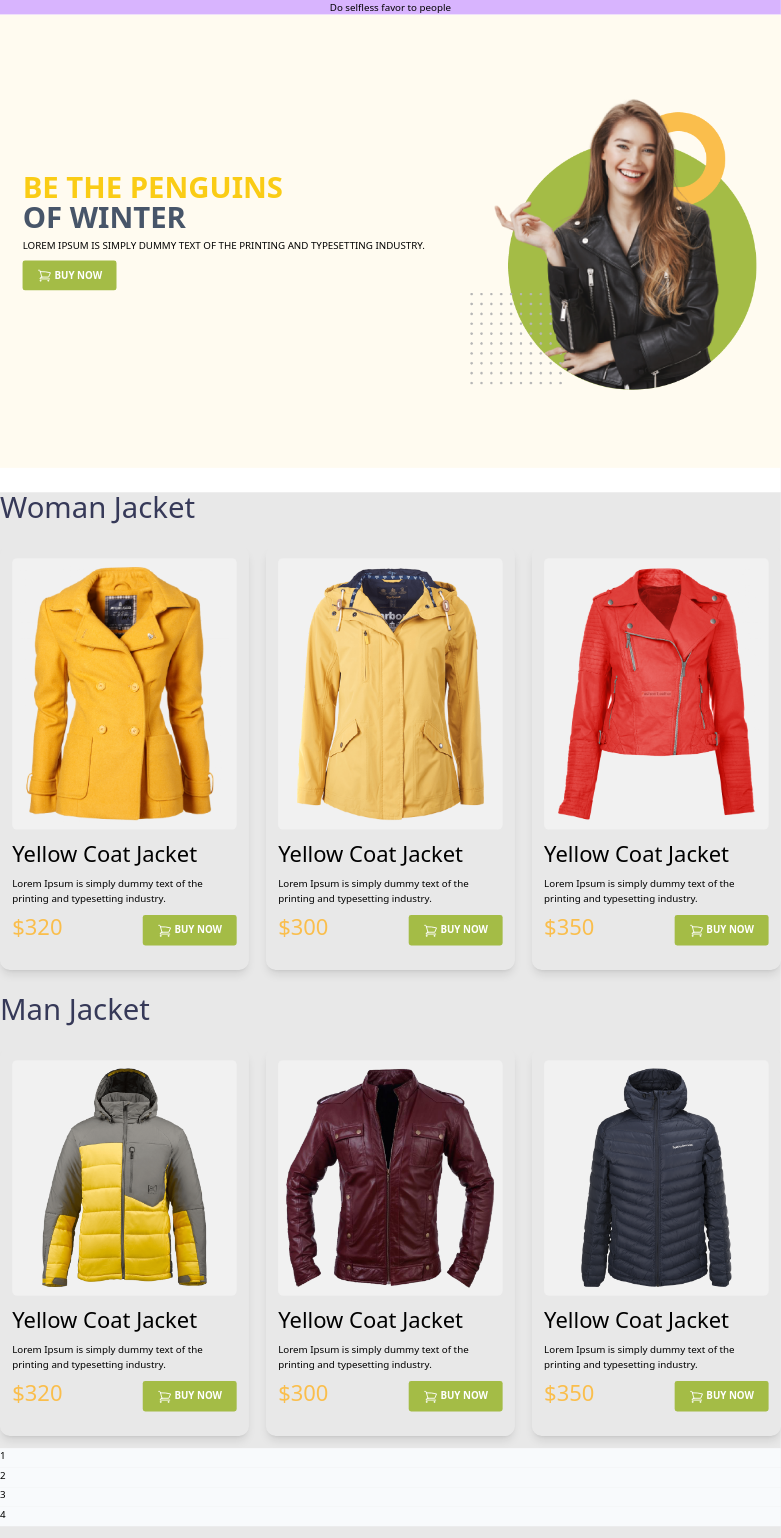
Repository: zjria/penguin-e-commerce-fashion
Page: index.html
These files come from the project's save history. The page is drawn as it stood at one moment and after the next save; the edit follows.
The browser window is 1280 px wide. The pictures show the whole page, at 61% of full size.
Some web libraries are served in a nearby version.

Above is the page before, as saved 2022-10-07 09:26:24.

### index.html
<!DOCTYPE html>
<html lang="en">

<head>
    <meta charset="UTF-8">
    <meta http-equiv="X-UA-Compatible" content="IE=edge">
    <meta name="viewport" content="width=device-width, initial-scale=1.0">
    <title>Penguin E-commerce</title>
    <!-- Google Fonts Link -->
    <link rel="preconnect" href="https://fonts.googleapis.com">
    <link rel="preconnect" href="https://fonts.gstatic.com" crossorigin>
    <link href="https://fonts.googleapis.com/css2?family=Bebas+Neue&family=Roboto:wght@100;300;400;500&display=swap"
        rel="stylesheet">

    <!-- Tailwind CSS CDN link -->
    <script src="https://cdn.tailwindcss.com"></script>
    <script>
        tailwind.config = {
            theme: {
                extend: {
                    colors: {
                        clifford: '#da373d',
                        header_bg: '#FFFBF0',
                        main_text_color: '#363958',
                        price_color: '#FABE4C',
                        card_bg: '#F1F1F1',
                        full_card_bg: '#FFFFFF',
                        main_color: '#E8E8E8'
                    }
                }
            }
        }
    </script>
</head>

<body>
    <h2 class="bg-purple-300 text-center font-header_text">Do selfless favor to people</h2>


    <!-- Header Section -->
    <header class="bg-header_bg pb-32 pt-24">
        <section class="container mx-auto uppercase sm:flex items-center justify-around">
            <div class="space-y-3">
                <h1 class="text-2xl sm:text-5xl font-bold font-header_text">
                    <span class="text-yellow-400">Be the Penguins</span> <br>
                    <span class="text-slate-600">of Winter</span>
                </h1>
                <p class="font-anther_text">Lorem Ipsum is simply dummy text of the printing
                    and typesetting industry.</p>
                <button class="uppercase bg-[#A4BC46] py-3 px-6 text-white font-semibold rounded font-anther_text"> <svg
                        xmlns="http://www.w3.org/2000/svg" fill="none" viewBox="0 0 24 24" stroke-width="1.5"
                        stroke="currentColor" class="w-6 h-6 inline text-white">
                        <path stroke-linecap="round" stroke-linejoin="round"
                            d="M2.25 3h1.386c.51 0 .955.343 1.087.835l.383 1.437M7.5 14.25a3 3 0 00-3 3h15.75m-12.75-3h11.218c1.121-2.3 2.1-4.684 2.924-7.138a60.114 60.114 0 00-16.536-1.84M7.5 14.25L5.106 5.272M6 20.25a.75.75 0 11-1.5 0 .75.75 0 011.5 0zm12.75 0a.75.75 0 11-1.5 0 .75.75 0 011.5 0z" />
                    </svg>
                    Buy Now</button>
            </div>
            <div class="pt-8 sm:pt-8">
                <img class=" w-1/2 sm:w-full" src="images/model.png" alt="">
            </div>
        </section>
    </header>

    <!-- Main Section Start -->
    <main class="bg-main_color">
        <!-- Woman Jacket -->
        <section class="container mx-auto">
            <h2 class="text-5xl my-10 text-main_text_color font-header_text">Woman Jacket</h2>
            <div class="grid md:grid-cols-2 lg:grid-cols-3 gap-7">
                <div class="full_card_bg ">
                    <div class="rounded-2xl shadow-lg p-5">
                        <div class="p-3 bg-card_bg rounded-lg">
                            <img src="images/jacket-1.png" alt="">
                        </div>
                        <div class="py-3">
                            <h3 class="text-4xl py-2">Yellow Coat Jacket</h3>
                            <p class="py-2">Lorem Ipsum is simply dummy text of the
                                printing and typesetting industry.</p>
                            <div class="flex justify-between py-2">
                                <h3 class="text-4xl text-price_color">$320</h3>
                                <button
                                    class="uppercase bg-[#A4BC46] py-3 px-6 text-white font-semibold rounded font-anther_text">
                                    <svg xmlns="http://www.w3.org/2000/svg" fill="none" viewBox="0 0 24 24"
                                        stroke-width="1.5" stroke="currentColor" class="w-6 h-6 inline text-white">
                                        <path stroke-linecap="round" stroke-linejoin="round"
                                            d="M2.25 3h1.386c.51 0 .955.343 1.087.835l.383 1.437M7.5 14.25a3 3 0 00-3 3h15.75m-12.75-3h11.218c1.121-2.3 2.1-4.684 2.924-7.138a60.114 60.114 0 00-16.536-1.84M7.5 14.25L5.106 5.272M6 20.25a.75.75 0 11-1.5 0 .75.75 0 011.5 0zm12.75 0a.75.75 0 11-1.5 0 .75.75 0 011.5 0z" />
                                    </svg>
                                    Buy Now</button>
                            </div>
                        </div>
                    </div>
                </div>
                <div class="full_card_bg ">
                    <div class="rounded-2xl shadow-lg p-5">
                        <div class="p-3 bg-card_bg rounded-lg">
                            <img src="images/jacket-2.png" alt="">
                        </div>
                        <div class="py-3">
                            <h3 class="text-4xl py-2">Yellow Coat Jacket</h3>
                            <p class="py-2">Lorem Ipsum is simply dummy text of the
                                printing and typesetting industry.</p>
                            <div class="flex justify-between py-2">
                                <h3 class="text-4xl text-price_color">$300</h3>
                                <button
                                    class="uppercase bg-[#A4BC46] py-3 px-6 text-white font-semibold rounded font-anther_text">
                                    <svg xmlns="http://www.w3.org/2000/svg" fill="none" viewBox="0 0 24 24"
                                        stroke-width="1.5" stroke="currentColor" class="w-6 h-6 inline text-white">
                                        <path stroke-linecap="round" stroke-linejoin="round"
                                            d="M2.25 3h1.386c.51 0 .955.343 1.087.835l.383 1.437M7.5 14.25a3 3 0 00-3 3h15.75m-12.75-3h11.218c1.121-2.3 2.1-4.684 2.924-7.138a60.114 60.114 0 00-16.536-1.84M7.5 14.25L5.106 5.272M6 20.25a.75.75 0 11-1.5 0 .75.75 0 011.5 0zm12.75 0a.75.75 0 11-1.5 0 .75.75 0 011.5 0z" />
                                    </svg>
                                    Buy Now</button>
                            </div>
                        </div>
                    </div>
                </div>
                <div class="full_card_bg ">
                    <div class="rounded-2xl shadow-lg p-5">
                        <div class="p-3 bg-card_bg rounded-lg">
                            <img src="images/jacket-3.png" alt="">
                        </div>
                        <div class="py-3">
                            <h3 class="text-4xl py-2">Yellow Coat Jacket</h3>
                            <p class="py-2">Lorem Ipsum is simply dummy text of the
                                printing and typesetting industry.</p>
                            <div class="flex justify-between py-2">
                                <h3 class="text-4xl text-price_color">$350</h3>
                                <button
                                    class="uppercase bg-[#A4BC46] py-3 px-6 text-white font-semibold rounded font-anther_text">
                                    <svg xmlns="http://www.w3.org/2000/svg" fill="none" viewBox="0 0 24 24"
                                        stroke-width="1.5" stroke="currentColor" class="w-6 h-6 inline text-white">
                                        <path stroke-linecap="round" stroke-linejoin="round"
                                            d="M2.25 3h1.386c.51 0 .955.343 1.087.835l.383 1.437M7.5 14.25a3 3 0 00-3 3h15.75m-12.75-3h11.218c1.121-2.3 2.1-4.684 2.924-7.138a60.114 60.114 0 00-16.536-1.84M7.5 14.25L5.106 5.272M6 20.25a.75.75 0 11-1.5 0 .75.75 0 011.5 0zm12.75 0a.75.75 0 11-1.5 0 .75.75 0 011.5 0z" />
                                    </svg>
                                    Buy Now</button>
                            </div>
                        </div>
                    </div>
                </div>


            </div>

        </section>

        <!-- Man Jacket -->
        <section class="container mx-auto">
            <h2 class="text-5xl my-10 text-main_text_color font-header_text">Man Jacket</h2>
            <div class="grid md:grid-cols-2 lg:grid-cols-3 gap-7">
                <div class="full_card_bg ">
                    <div class="rounded-2xl shadow-lg p-5">
                        <div class="p-3 bg-card_bg rounded-lg">
                            <img src="images/jacket-4.png" alt="">
                        </div>
                        <div class="py-3">
                            <h3 class="text-4xl py-2">Yellow Coat Jacket</h3>
                            <p class="py-2">Lorem Ipsum is simply dummy text of the
                                printing and typesetting industry.</p>
                            <div class="flex justify-between py-2">
                                <h3 class="text-4xl text-price_color">$320</h3>
                                <button
                                    class="uppercase bg-[#A4BC46] py-3 px-6 text-white font-semibold rounded font-anther_text">
                                    <svg xmlns="http://www.w3.org/2000/svg" fill="none" viewBox="0 0 24 24"
                                        stroke-width="1.5" stroke="currentColor" class="w-6 h-6 inline text-white">
                                        <path stroke-linecap="round" stroke-linejoin="round"
                                            d="M2.25 3h1.386c.51 0 .955.343 1.087.835l.383 1.437M7.5 14.25a3 3 0 00-3 3h15.75m-12.75-3h11.218c1.121-2.3 2.1-4.684 2.924-7.138a60.114 60.114 0 00-16.536-1.84M7.5 14.25L5.106 5.272M6 20.25a.75.75 0 11-1.5 0 .75.75 0 011.5 0zm12.75 0a.75.75 0 11-1.5 0 .75.75 0 011.5 0z" />
                                    </svg>
                                    Buy Now</button>
                            </div>
                        </div>
                    </div>
                </div>
                <div class="full_card_bg ">
                    <div class="rounded-2xl shadow-lg p-5">
                        <div class="p-3 bg-card_bg rounded-lg">
                            <img src="images/jacket-5.png" alt="">
                        </div>
                        <div class="py-3">
                            <h3 class="text-4xl py-2">Yellow Coat Jacket</h3>
                            <p class="py-2">Lorem Ipsum is simply dummy text of the
                                printing and typesetting industry.</p>
                            <div class="flex justify-between py-2">
                                <h3 class="text-4xl text-price_color">$300</h3>
                                <button
                                    class="uppercase bg-[#A4BC46] py-3 px-6 text-white font-semibold rounded font-anther_text">
                                    <svg xmlns="http://www.w3.org/2000/svg" fill="none" viewBox="0 0 24 24"
                                        stroke-width="1.5" stroke="currentColor" class="w-6 h-6 inline text-white">
                                        <path stroke-linecap="round" stroke-linejoin="round"
                                            d="M2.25 3h1.386c.51 0 .955.343 1.087.835l.383 1.437M7.5 14.25a3 3 0 00-3 3h15.75m-12.75-3h11.218c1.121-2.3 2.1-4.684 2.924-7.138a60.114 60.114 0 00-16.536-1.84M7.5 14.25L5.106 5.272M6 20.25a.75.75 0 11-1.5 0 .75.75 0 011.5 0zm12.75 0a.75.75 0 11-1.5 0 .75.75 0 011.5 0z" />
                                    </svg>
                                    Buy Now</button>
                            </div>
                        </div>
                    </div>
                </div>
                <div class="full_card_bg ">
                    <div class="rounded-2xl shadow-lg p-5">
                        <div class="p-3 bg-card_bg rounded-lg">
                            <img src="images/jacket-6.png" alt="">
                        </div>
                        <div class="py-3">
                            <h3 class="text-4xl py-2">Yellow Coat Jacket</h3>
                            <p class="py-2">Lorem Ipsum is simply dummy text of the
                                printing and typesetting industry.</p>
                            <div class="flex justify-between py-2">
                                <h3 class="text-4xl text-price_color">$350</h3>
                                <button
                                    class="uppercase bg-[#A4BC46] py-3 px-6 text-white font-semibold rounded font-anther_text">
                                    <svg xmlns="http://www.w3.org/2000/svg" fill="none" viewBox="0 0 24 24"
                                        stroke-width="1.5" stroke="currentColor" class="w-6 h-6 inline text-white">
                                        <path stroke-linecap="round" stroke-linejoin="round"
                                            d="M2.25 3h1.386c.51 0 .955.343 1.087.835l.383 1.437M7.5 14.25a3 3 0 00-3 3h15.75m-12.75-3h11.218c1.121-2.3 2.1-4.684 2.924-7.138a60.114 60.114 0 00-16.536-1.84M7.5 14.25L5.106 5.272M6 20.25a.75.75 0 11-1.5 0 .75.75 0 011.5 0zm12.75 0a.75.75 0 11-1.5 0 .75.75 0 011.5 0z" />
                                    </svg>
                                    Buy Now</button>
                            </div>
                        </div>
                    </div>
                </div>
            </div>
            <!-- ‍Shopping Section Start -->
            <div class="py-5">
                <div class="h-8 bg-slate-50 grid grid-cols-2">1</div>
                <div class="h-8 bg-slate-50 grid grid-cols-2">2</div>
                <div class="h-8 bg-slate-50 grid grid-cols-2">3</div>
                <div class="h-8 bg-slate-50 grid grid-cols-2">4</div>
            </div>
        </section>
    </main>

</body>

</html>

After the next save:
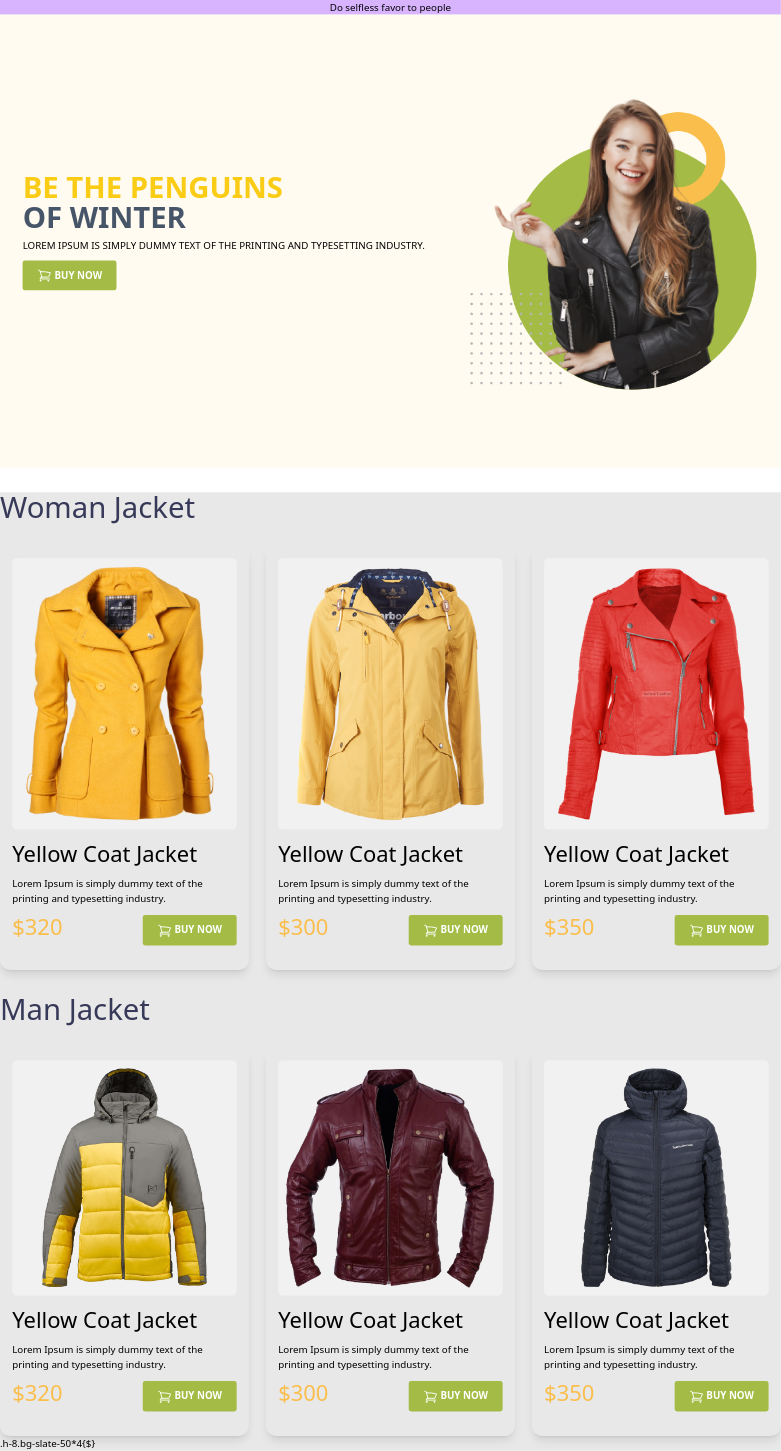
Saved 58 s later.
--- a/index.html
+++ b/index.html
@@ -217,11 +217,8 @@
                 </div>
             </div>
             <!-- ‍Shopping Section Start -->
-            <div class="py-5">
-                <div class="h-8 bg-slate-50 grid grid-cols-2">1</div>
-                <div class="h-8 bg-slate-50 grid grid-cols-2">2</div>
-                <div class="h-8 bg-slate-50 grid grid-cols-2">3</div>
-                <div class="h-8 bg-slate-50 grid grid-cols-2">4</div>
+            <div class="shopping">
+                .h-8.bg-slate-50*4{$}
             </div>
         </section>
     </main>
